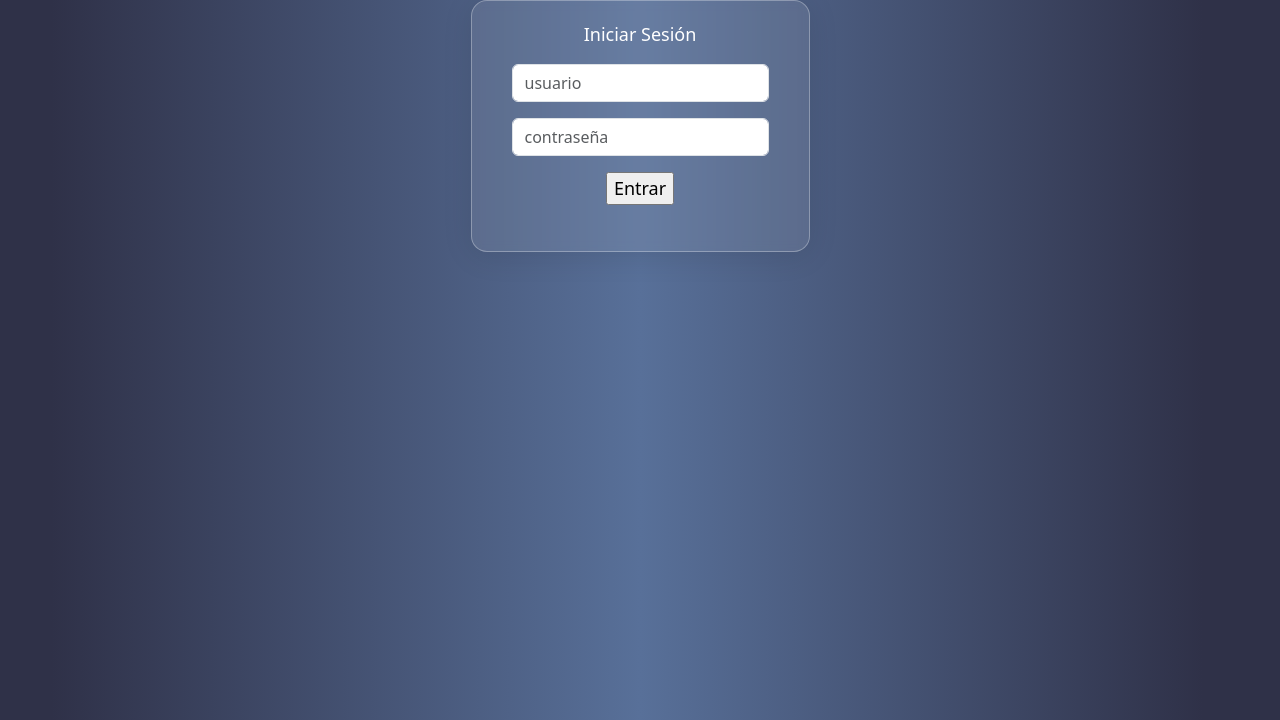
Repository: ingandresmolero/AdministrativoBarber
Page: http://localhost/
The author's editor kept a copy of each file at every save. The page is drawn from the files as they stood at one save, then again after the next save.
The browser window is 1280 px wide. The pictures show the whole page.
The page is run by PHP 8.4 with error messages shown; the project is at /var/www/html/. Style sheets and scripts are compiled from the project's sources, by tool versions that may differ from the author's.

Above is the page before, as saved 2023-05-02 21:37:47.

### NEW/index.php
<?php include('php/login.php'); ?>
<!DOCTYPE html>
<html lang="en">

<head>
    <meta charset="UTF-8">
    <meta http-equiv="X-UA-Compatible" content="IE=edge">
    <meta name="viewport" content="width=device-width, initial-scale=1.0">
    <link href="https://cdn.jsdelivr.net/npm/bootstrap@5.3.0-alpha3/dist/css/bootstrap.min.css" rel="stylesheet" integrity="sha384-KK94CHFLLe+nY2dmCWGMq91rCGa5gtU4mk92HdvYe+M/SXH301p5ILy+dN9+nJOZ" crossorigin="anonymous">
    <link rel="stylesheet" href="css/styles.min.css">
    <title>Login</title>
</head>

<body class="login-page">
    <div class="box">
        <p>Iniciar Sesión</p>
        <form action="" method="post">

            <div class="mb-3 user">
                <!-- <label for="exampleInputEmail1" class="form-label">Usuario</label> -->
                <input type="text" class="form-control" name="usuario" id="exampleInputEmail1" aria-describedby="emailHelp" placeholder="usuario">

            </div>
            <div class="mb-3 password">
                <!-- <label for="exampleInputPassword1" class="form-label">Contraseña</label> -->
                <input type="password" class="form-control" name="passw" id="exampleInputPassword1" placeholder="contraseña">
            </div>

            <p><input type="submit" name="login" value="Entrar"></p>
        </form>
    </div>
    <script src="https://cdn.jsdelivr.net/npm/bootstrap@5.3.0-alpha3/dist/js/bootstrap.bundle.min.js" integrity="sha384-ENjdO4Dr2bkBIFxQpeoTz1HIcje39Wm4jDKdf19U8gI4ddQ3GYNS7NTKfAdVQSZe" crossorigin="anonymous"></script>
</body>

</html>

### NEW/php/login.php
<?php


  include("dbconn.php");
  session_start();
  if(isset($_POST["login"])){

    if($_POST["usuario"]== "" or $_POST["passw"]==""){
        echo "<center><h1>Usuario y contrasena no deben estar vacios</h1></center>";

}else{
    $username =$_POST["usuario"];
    $passw=$_POST["passw"];
    $query=$conn->prepare("SELECT * FROM usuarios WHERE user='$username' and passw='$passw'");
    $query -> execute();
    $control=$query ->fetch();

    if($control>0){
        $rol = $control['rol'];
        $_SESSION["username"]=$username;
        $_SESSION["rol"] =$rol;
        header("Location:views/dashboard.php");

    }
    echo "<center><h1>Algun dato incorrecto.</h1></center>";
  }

}
?>

### NEW/php/dbconn.php
<?php
try{
    $user = "root";
    $passw = "";
    $conn=new PDO("mysql:host=localhost;dbname=gestionsys",$user,$passw);

}catch(PDOException $e){
    print "Error!: " . $e->getMessage()."<br/>";
    die();
}


?>

### NEW/scss/styles.scss
@import 'components/header';
@import 'components/dashboard';
@import 'components/table-style';
@import 'components/buttons';
@import 'components/navigation';
@import 'components/fonts';
@import 'components/login-page';

### NEW/scss/components/header.scss
nav {
    .navbar-brand img {
        max-width: 50px;
        display: block;
    }
}

### NEW/scss/components/dashboard.scss
.elements {
    display: flex;
    margin: 3rem 0;
    justify-content: center;
    flex-direction: column;

    @media (min-width: 767px) {
        gap: 30px;
        flex-direction: row;
    }

    .card {
        .card-title {
            text-align: center;
        }
        .btn {
            display: block;
            width: max-content;
            margin: 0 auto;
        }

        @media only screen and (min-width: 768px) and (max-width: 979px) {
            text-align: center;
        }

        @media only screen and (max-width: 767px) {
            width: 85%;
            margin: 0 auto 30px;

            &:last-child {
                margin-bottom: initial;
            }
        }
    }
}

### NEW/scss/components/table-style.scss
@import "variables";

.table-responsive-sm {
    margin-bottom: 3rem;
}
.table-style {
    box-shadow: 0 0 20px rgba(0, 0, 0, 0.15);
    thead {
        background-color: $accentColor;
    }

    tr {
        color: #fff;
        line-height: 35px;
    }

    tr th {
        width: 22px;
        max-width: 95px;
        &:first-child {
            border-top-left-radius: 10px;
        }
        &:last-child {
            border-top-right-radius: 10px;
        }

        @media only screen and (max-width: 767px) {
            font-size: 14px;
            text-align: center;
        }
    }

    tbody {
        font-weight: bold;
        th {
            color: $accentColor;
            padding: 12px 10px;
        }

        tr {
            color: $primaryColor;
            &:hover {
                background-color: #f3f3f3;
                color: $accentColor;
                transition: .3s;
                th {
                    color: $accentColor;
                    transition: .3s;
                }
            }

            .action {
                padding: 12px 0;
            }
        }

        td {
            padding: 12px 10px;
            line-height: 22px;
            vertical-align: baseline;
            @media only screen and (max-width: 767px) {
                text-align: center;
                font-size: 14px;
            }
        }
    }
}

### NEW/scss/components/variables.scss
$primaryColor:#587099;
$lightenPrimary: lighten($primaryColor, 20%) !important;
$accentColor: #2F3148;

### NEW/scss/components/buttons.scss
@import "variables";
.table-btn {
    background-color: $accentColor;
    border-radius: 30px;
    border: 1px solid $accentColor;
    color: #fff;
    display: inline-block;
    line-height: initial;
    padding: 5px 20px;
    text-decoration: none;
    transition: .3s;
    font-weight: normal;
    &:hover,
    &:active {
        color: #fff;
        background-color: transparent;
        color: $accentColor;
    }

    @media only screen and (max-width: 767px) {
        padding: 5px 14px;
        font-size: 14px;
    }
}

.btn-style-1 {
    background-color: $accentColor;
    border: 1px solid $accentColor;
    color: #fff;
    display: inline-block;
    padding: 7px 21px;
    text-decoration: none;
    transition: .3s;
    margin-bottom: 12px;
    line-height: 22px;
    &:hover,
    &:active {
        border: 1px solid $accentColor;
        background-color: transparent;
        color: $accentColor;
    }
}

### NEW/scss/components/navigation.scss
@import "variables";

nav .pagination {
    margin-bottom: 2rem;
    @media (min-width: 768px) {
        display: inline-block !important;
        text-align: center;
        width: 100%;
    }
    @media only screen and (max-width: 767px) {
        justify-content: center;
    }
    & > li {
        white-space: nowrap;
        display: inline-block;
        margin: 0 5px;

        &.active a {
            background-color: $accentColor;
            color: #fff;
            pointer-events: none;
            opacity: 0.89;
        }
        &.disabled a {
            background-color: $accentColor;
            color: #fff;
            opacity: 0.89;
        }
        .page-link {
            color: $accentColor;
            padding: 4px 20px;
            border-radius: 30px !important;
            border: 2px solid $accentColor;
            border-color: $accentColor;
            transition: .3s;
            &:hover {
               background-color: $accentColor;
               color: #fff;
            }
        }
    }

    .pnum {
        @media only screen and (max-width: 767px) {
            display: none;
        }
    }
}

### NEW/scss/components/fonts.scss
@import "variables";

.page-heading {
    padding: 3rem 0 2rem;
    text-align: center;
    color: $accentColor;
}

### NEW/scss/components/login-page.scss
@import "variables";

.login-page {
    background: rgb(47,49,72);
    background: linear-gradient(90deg, rgba(47,49,72,1) 4%, rgba(88,112,153,1) 50%, rgba(47,49,72,1) 94%);

    .box {
        width: fit-content;
        margin: 0 auto;
        background-color: rgba(255,255,255,.09);
        padding: 20px 40px 30px;
        text-align: center;
        border-radius: 16px;
        box-shadow: 0 4px 30px rgba(0, 0, 0, 0.1);
        backdrop-filter: blur(5px);
        -webkit-backdrop-filter: blur(5px);
        border: 1px solid rgba(255, 255, 255, 0.3);

        p {
            font-size: 18px;
            color: white;
        }
    }

    .box form {
        width: fit-content;
    }
}

After the next save:
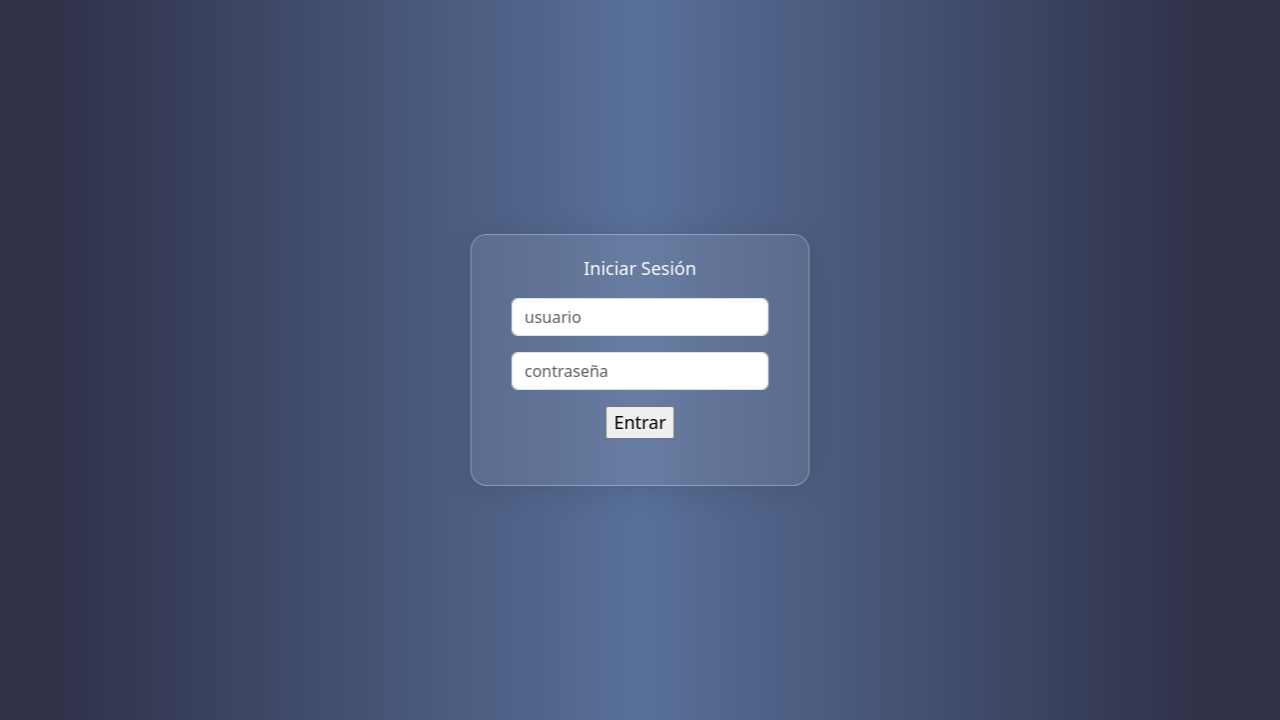
Saved 20 s later.
--- a/NEW/scss/components/login-page.scss
+++ b/NEW/scss/components/login-page.scss
@@ -3,8 +3,15 @@
 .login-page {
     background: rgb(47,49,72);
     background: linear-gradient(90deg, rgba(47,49,72,1) 4%, rgba(88,112,153,1) 50%, rgba(47,49,72,1) 94%);
+    position: relative;
+    background-color: #eee;
+    height: 200px;
 
     .box {
+        position: fixed;
+        top: 50%;
+        left: 50%;
+        transform: translate(-50%, -50%);
         width: fit-content;
         margin: 0 auto;
         background-color: rgba(255,255,255,.09);
